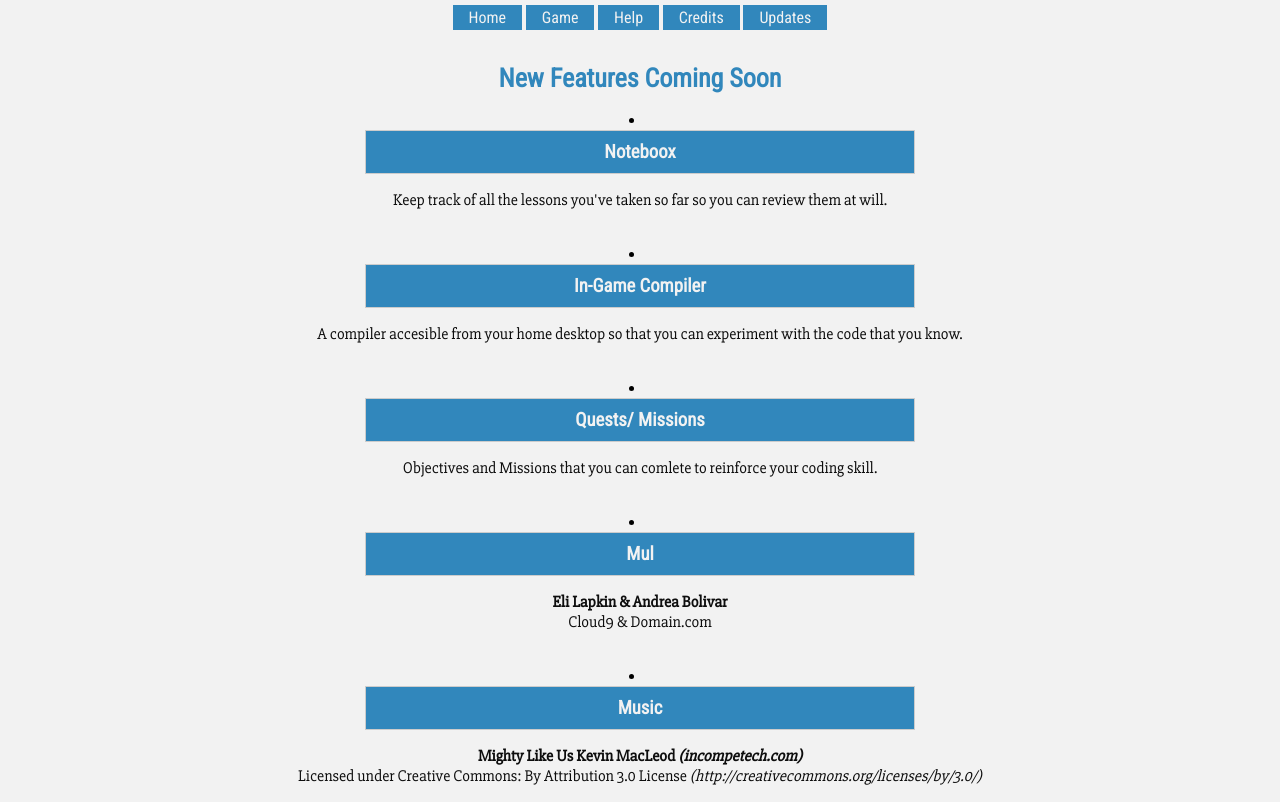
Repository: AmrEl-Azizi/Learning-Hacks-Website
Page: root/updates.html
The author's editor kept a record of every edit. The page is drawn from the files as they stood at one moment, then again after the next edit.
The browser window is 1280 px wide. The pictures show the whole page.

Above is the page before.

### root/updates.html
<!DOCTYPE html>
<html>
    <head>
        <link rel="stylesheet" type="text/css" href="../styles/stylesheet.css"/>
        <link rel="stylesheet" type="text/css" href="../styles/navigation.css"/>

        <link href='https://fonts.googleapis.com/css?family=Slabo+27px' rel='stylesheet' type='text/css'>
        <link href='https://fonts.googleapis.com/css?family=Roboto+Condensed' rel='stylesheet' type='text/css'>
    </head>

    <body>
        <ul>
               <li><a href = "../root/index.html">Home</a></li>
               <li><a href = "../root/game.html">Game</a></li>
               <li><a href = "../root/help.html">Help</a></li>
               <li><a href = "../root/credits.html">Credits</a></li>
               <li><a href = "../root/updates.html">Updates</a></li>
        </ul>
        </br>
        <h1 class="title"><stronger>New Features Coming Soon</stronger></h1>
        <u1>
                <li>
                    <h3 class = "creditHeader">Noteboox</h3>
                    <p>Keep track of all the lessons you've taken so far so you can review them at will.</p>
                </li>
                </br>
                <li>
                    <h3 class="creditHeader">In-Game Compiler</h3>
                    <p>A compiler accesible from your home desktop so that you can experiment with the code that you know.</p></p>
                </li>
                </br>
                <li>
                    <h3 class = "creditHeader">Quests/ Missions</h3>
                    <p>Objectives and Missions that you can comlete to reinforce your coding skill.</p>
                </li>
                </br>
                <li>
                    <h3 class = "creditHeader">Mul</h3>
                    <p><b>Eli Lapkin & Andrea Bolivar</b></br>Cloud9 & Domain.com</p>
                </li>
                </br>
                <li>
                    <h3 class="creditHeader">Music</h3>
                    <p><b>Mighty Like Us Kevin MacLeod <i>(incompetech.com)</i></b></br>Licensed under Creative Commons: By Attribution 3.0 License <i>(http://creativecommons.org/licenses/by/3.0/)</p>
                </li>
            </u1>


    </body>

</html>

### styles/stylesheet.css
body {
    font-family: 'Roboto Condensed', sans-serif;
    text-align: center;
    padding-left: 15%;
    padding-right: 15%;
    background-color:#F2F2F2;
}

.title {
    color:#3187BC;
    font-size:1.625em;
}

#help{
    color: #000000;
}

#left {
    color:#3187BC; /* logo blue */
    font-size: 1em;
    text-align: left;
}


#download {
    background-color: #3187BC;
    border: none;
    color: #DEDEDE;
    padding: 0.469em 2em;
    text-align: center;
    text-decoration: none;
    font-family: 'Roboto Condensed', sans-serif;
    display: inline-block;
    font-size: 1em;
    border-radius: 0.625em;
    width: 15.625em;
}

#download:hover {
    background-color: #5DA7D5; /* Lighter Blue */
    color: #808080; /* Darker Grey */
}

p {
    font-family: 'Slabo 27px', serif;
    color: #0d0d0d;

}

.mainbody{
    padding-left: 3.125em;
    padding-right: 3.125em;
}

.creditHeader {
    border: solid 1px #CCCCCC;
	background-color: #3187BC;
	margin: auto;
    width: 60%;
    padding: 10px;
    color:#f2f2f2;
}
.bullets {
    border: solid 1px #CCCCCC;
	background-color: #3187BC;
	margin: auto;
    width: 60%;
    padding: 10px;
}

### styles/navigation.css
ul {
    list-style-type: none;
    margin: 0;
    padding: 0;
    text-decoration: none;
}

ul li {
    display: inline;
}

ul li a {
    text-decoration: none;
    padding: .2em 1em;
    color: #F2F2F2;
    background-color: #3187BC;
}

After the next edit:
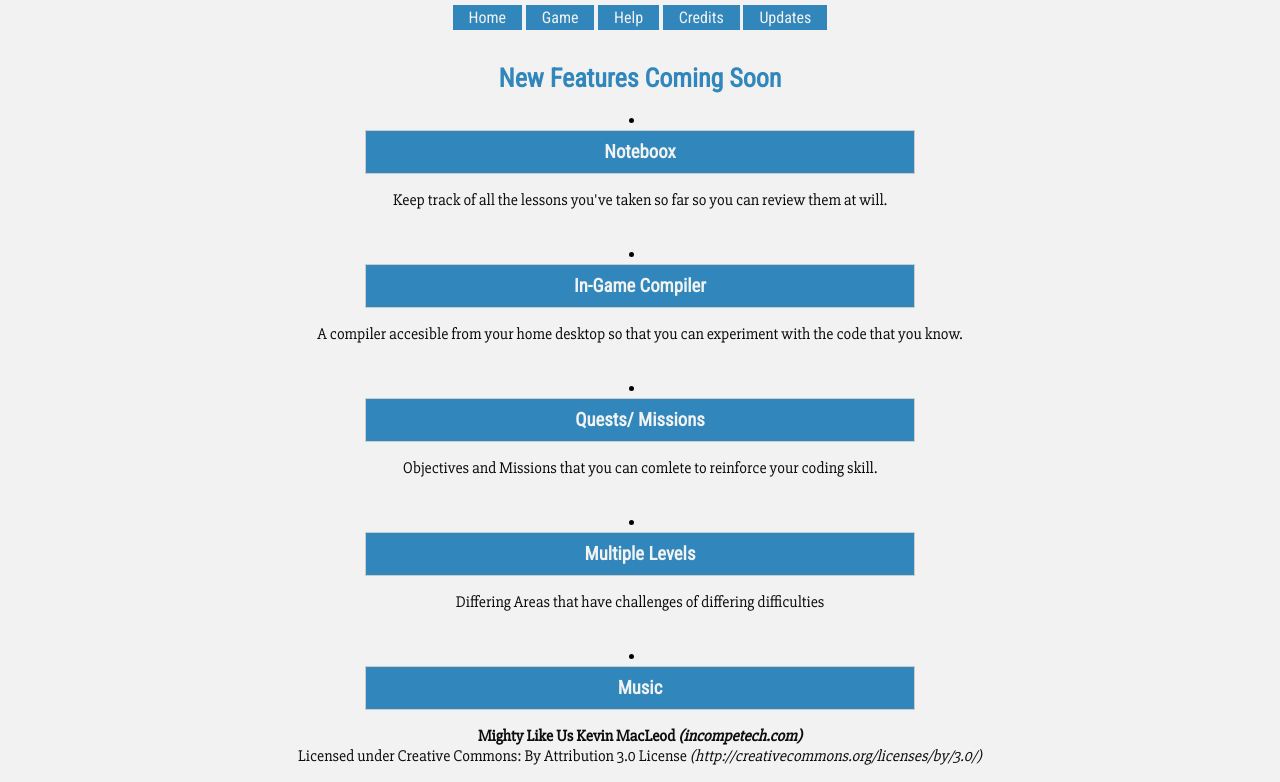
The edit:
--- a/root/updates.html
+++ b/root/updates.html
@@ -35,8 +35,8 @@
                 </li>
                 </br>
                 <li>
-                    <h3 class = "creditHeader">Mul</h3>
-                    <p><b>Eli Lapkin & Andrea Bolivar</b></br>Cloud9 & Domain.com</p>
+                    <h3 class = "creditHeader">Multiple Levels</h3>
+                    <p>Differing Areas that have challenges of differing difficulties</p>
                 </li>
                 </br>
                 <li>
